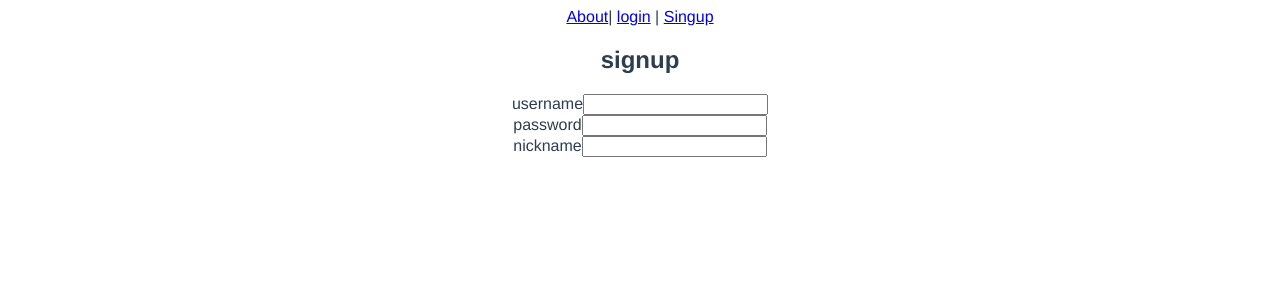
Repository: HeeJeong0718/captin
Page: /signup
The author's editor kept a copy of each file at every save. The page is drawn from the files as they stood at one save, then again after the next save.
The browser window is 1280 px wide. The pictures show the whole page.
The project was rebuilt for these pictures with package versions that can differ from the ones it lists, and the page was loaded fresh each time. Also part of the build but not shown: vue.config.js.

Above is the page before, as saved 2022-04-21 23:25:05.

After the next save:
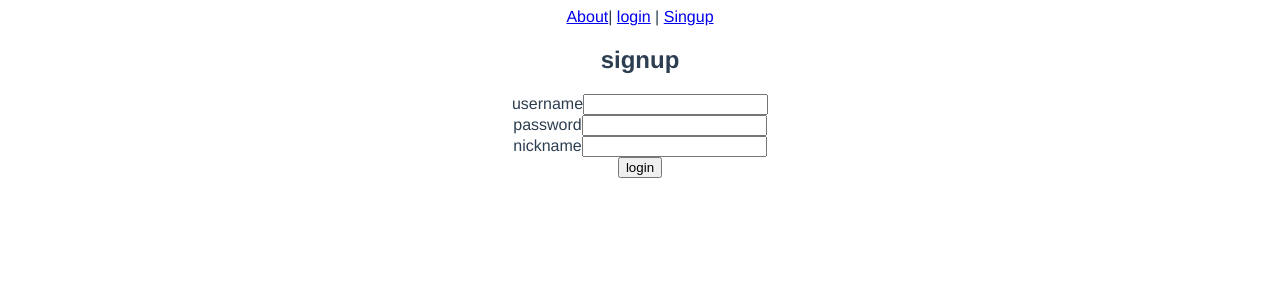
Saved 25 s later.
--- a/src/components/SignForm.vue
+++ b/src/components/SignForm.vue
@@ -12,6 +12,7 @@
       <label for="nickname">nickname</label>
       <input type="text" name="" id="nickname">
     </div>
+    <button>login</button>
   </form>
 </template>
 
